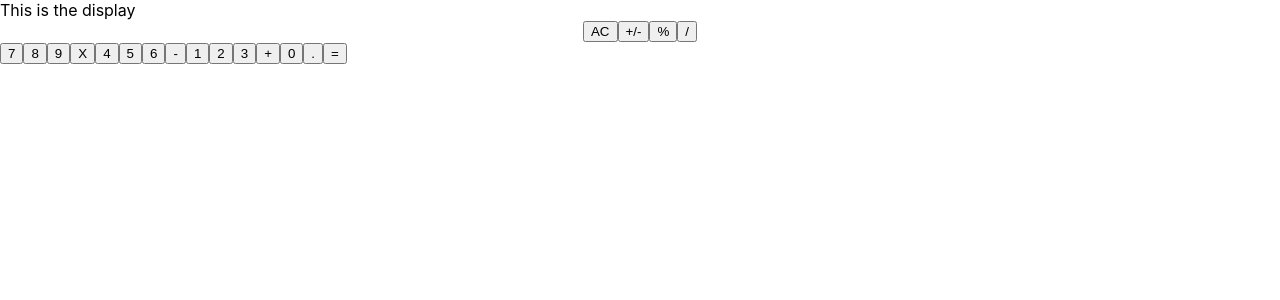
Repository: tenlekdan/react-calculator
Page: /
The author's editor kept a copy of each file at every save. The page is drawn from the files as they stood at one save, then again after the next save.
The browser window is 1280 px wide. The pictures show the whole page.
The project was rebuilt for these pictures with package versions that can differ from the ones it lists, and the page was loaded fresh each time.

Above is the page before, as saved 2020-04-19 20:24:26.

### src/App.js
import React from 'react';
import logo from './logo.svg';
import './App.css';
import Display from './components/Display';
import ButtonPanel from './components/ButtonPanel';

function App() {
  return (
    <div className="App">
      <Display text={"This is the display"} />
     <ButtonPanel />
    </div>
  );
}

export default App;

### src/components/Display.js
import React from 'react'

function Display({text}) {
    return (
        <div>
            <div>{text}</div>
        </div>
    )
}

export default Display

### src/components/ButtonPanel.js
import React, { Component } from 'react'
import Buttons from './Buttons'
import style from './ButtonPanel.module.css'
class ButtonPanel extends Component {
    render() {
        return (
            <div>
                <div className={style.row}>
                    <Buttons buttonName={"AC"} />
                    <Buttons buttonName={"+/-"} />
                    <Buttons buttonName={"%"} />
                    <Buttons buttonName={"/"} />
                </div>
                <div className="row">
                    <Buttons buttonName={"7"} />
                    <Buttons buttonName={"8"} />
                    <Buttons buttonName={"9"} />
                    <Buttons buttonName={"X"} />
                </div>
                <div className="row">
                    <Buttons buttonName={"4"} />
                    <Buttons buttonName={"5"} />
                    <Buttons buttonName={"6"} />
                    <Buttons buttonName={"-"} />
                </div>
                <div className="row">
                    <Buttons buttonName={"1"} />
                    <Buttons buttonName={"2"} />
                    <Buttons buttonName={"3"} />
                    <Buttons buttonName={'+'} />
                </div>
                <div className="row">

                    <Buttons buttonName={"0"} />
                    <Buttons buttonName={"."} />
                    <Buttons buttonName={"="} />
                </div>
            </div>
        )
    }
}

export default ButtonPanel

### src/components/Buttons.js
import React from 'react'
import style from './Buttons.module.css';
function Buttons({buttonName}) {
    return (
        <div>
            <button>{buttonName}</button>
        </div>
    )
}

export default Buttons

### src/components/ButtonPanel.module.css
.row{
    display: block;
}

### src/components/Buttons.module.css
div{
    display: inline;
}

Loaded but not shown: public/index.html (common file); src/index.js (common file); src/index.css (common file); src/serviceWorker.js (common file); src/App.css (common file)

After the next save:
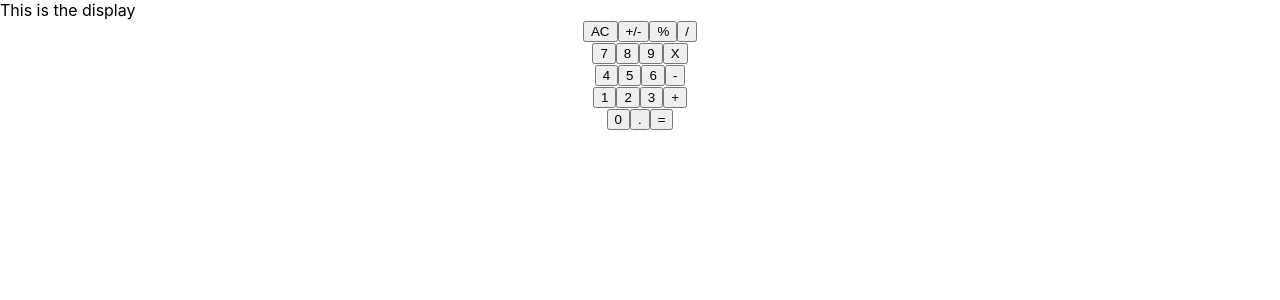
Saved 41 s later.
--- a/src/components/ButtonPanel.js
+++ b/src/components/ButtonPanel.js
@@ -11,26 +11,25 @@ class ButtonPanel extends Component {
                     <Buttons buttonName={"%"} />
                     <Buttons buttonName={"/"} />
                 </div>
-                <div className="row">
+                <div className={style.row}>
                     <Buttons buttonName={"7"} />
                     <Buttons buttonName={"8"} />
                     <Buttons buttonName={"9"} />
                     <Buttons buttonName={"X"} />
                 </div>
-                <div className="row">
+                <div className={style.row}>
                     <Buttons buttonName={"4"} />
                     <Buttons buttonName={"5"} />
                     <Buttons buttonName={"6"} />
                     <Buttons buttonName={"-"} />
                 </div>
-                <div className="row">
+                <div className={style.row}>
                     <Buttons buttonName={"1"} />
                     <Buttons buttonName={"2"} />
                     <Buttons buttonName={"3"} />
                     <Buttons buttonName={'+'} />
                 </div>
-                <div className="row">
-
+                <div className={style.row}>
                     <Buttons buttonName={"0"} />
                     <Buttons buttonName={"."} />
                     <Buttons buttonName={"="} />
